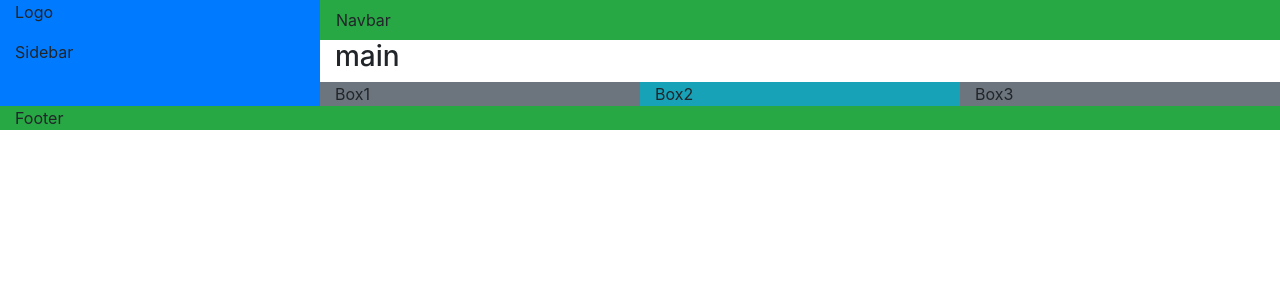
Repository: nazmulhaquep/WebDesign
Page: Bootstrap4WebsiteLayout/index.html
The author's editor kept a copy of each file at every save. The page is drawn from the files as they stood at one save, then again after the next save.
The browser window is 1280 px wide. The pictures show the whole page.

Above is the page before, as saved 2023-11-26 13:15:18.

### Bootstrap4WebsiteLayout/index.html
<!DOCTYPE html>
<html lang="en">
<head>
    <meta charset="UTF-8">
    <meta name="viewport" content="width=device-width, initial-scale=1.0">
    <link rel="stylesheet" href="https://stackpath.bootstrapcdn.com/bootstrap/4.3.1/css/bootstrap.min.css">
    <title>Responsive Website layout using Bootstrap 4</title>
</head>
<body>
    <div class="container-fluid">
        <div class="row">
            <div class="col-lg-3 bg-primary">Logo</div>
            <nav class="col-lg-9 navbar navbar-expand-lg navbar-dark bg-success">Navbar</nav>
        </div>
        <div class="row">
            <div class="col-lg-3 bg-primary">Sidebar</div>
            <main class="col-lg-9">
                <h3>main</h3>
                <div class="row">
                    <div class="col-lg-4 bg-secondary">Box1</div>
                    <div class="col-lg-4 bg-info">Box2</div>
                    <div class="col-lg-4 bg-secondary">Box3</div>
                </div>
            </main>
        </div>

        <div class="row">
            <footer class="col bg-success">Footer</footer>
        </div>
    </div>

    <script src="https://code.jquery.com/jquery-3.3.1.slim.min.js"></script>
    <script src="https://cdnjs.cloudflare.com/ajax/libs/popper.js/1.14.7/umd/popper.min.js"></script>
    <script src="https://stackpath.bootstrapcdn.com/bootstrap/4.3.1/js/bootstrap.min.js"></script>
</body>
</html>

After the next save:
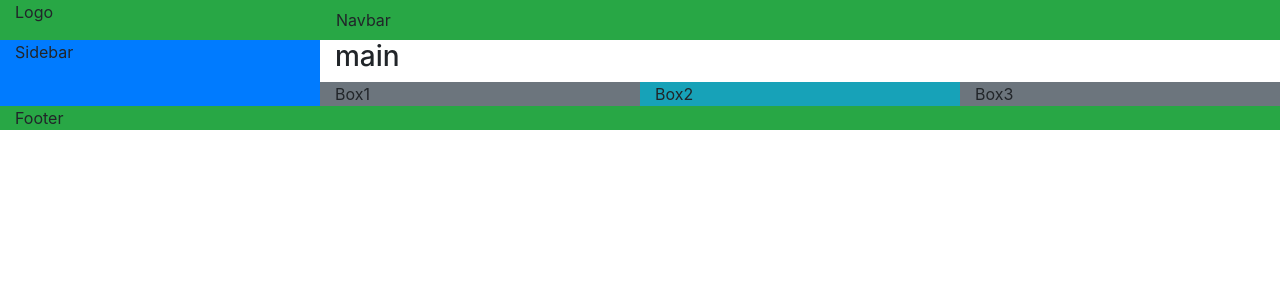
Saved 14 s later.
--- a/Bootstrap4WebsiteLayout/index.html
+++ b/Bootstrap4WebsiteLayout/index.html
@@ -9,7 +9,7 @@
 <body>
     <div class="container-fluid">
         <div class="row">
-            <div class="col-lg-3 bg-primary">Logo</div>
+            <div class="col-lg-3 bg-success">Logo</div>
             <nav class="col-lg-9 navbar navbar-expand-lg navbar-dark bg-success">Navbar</nav>
         </div>
         <div class="row">
